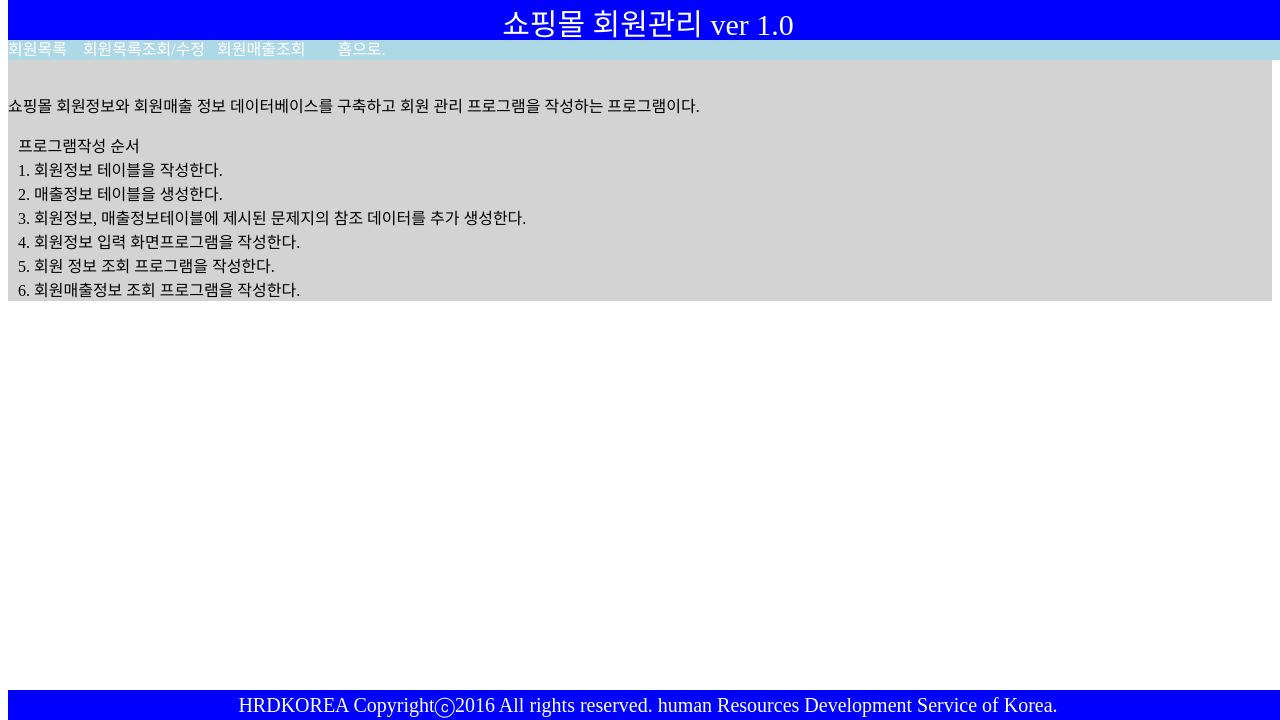
Repository: RnfElwl/youtube_infoT
Page: http://localhost/HRD_30812/
The author's editor kept a copy of each file at every save. The page is drawn from the files as they stood at one save, then again after the next save.
The browser window is 1280 px wide. The pictures show the whole page.
The page is served by Tomcat 9.

Above is the page before, as saved 2022-03-10 14:20:05.

After the next save:
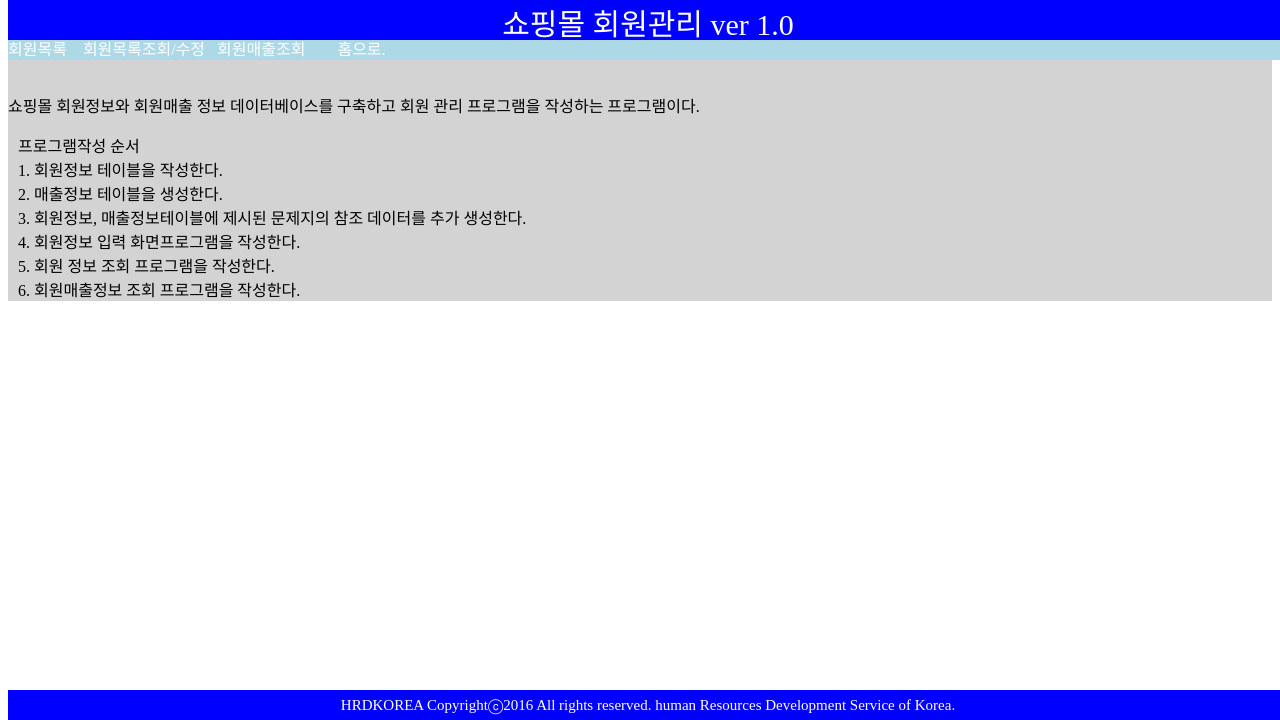
Saved 16 s later.
--- a/HRD_30812/src/main/webapp/index.jsp
+++ b/HRD_30812/src/main/webapp/index.jsp
@@ -24,7 +24,7 @@
 	 </p>
 	</section>
 	<footer style="position:fixed; bottom:0px; width:100%; height:30px;
-	background-color:blue; color:white; text-align:center; line-height:30px; font-size:20px ">
+	background-color:blue; color:white; text-align:center; line-height:30px; font-size:15px ">
 	 HRDKOREA Copyrightⓒ2016 All rights reserved. human Resources Development Service of Korea.
 	 </footer>
 </body>
